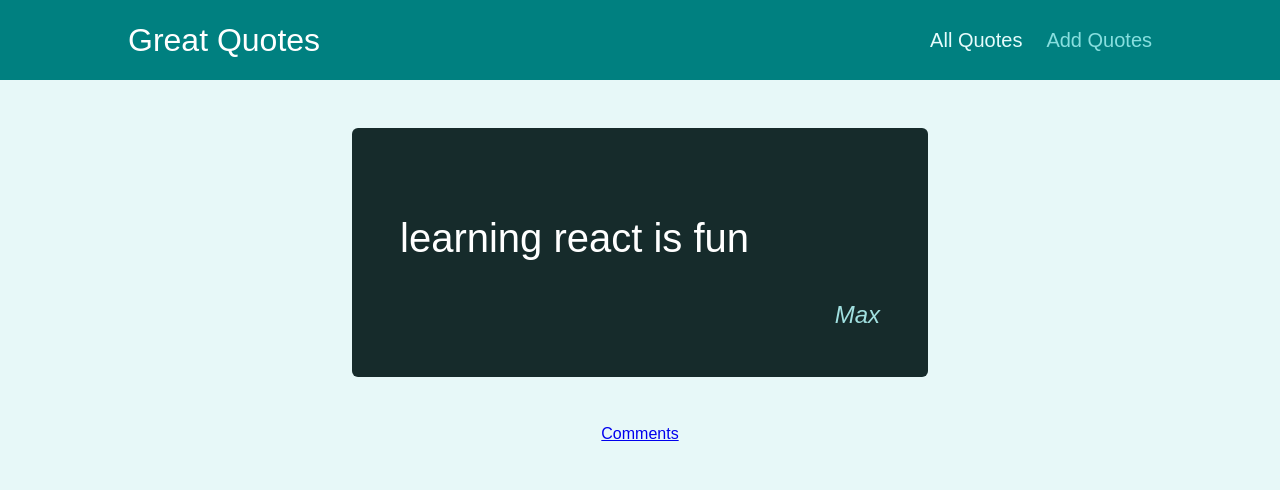
Repository: NamalPathirana/react-router-prac-two-demo
Page: /quotes/q1
These files come from the project's save history. The page is drawn as it stood at one moment and after the next save; the edit follows.
The browser window is 1280 px wide. The pictures show the whole page.
The project was rebuilt for these pictures with package versions that can differ from the ones it lists, and the page was loaded fresh each time. Also part of the build but not shown: src/components/UI/Card.module.css, src/components/UI/Card.js, src/components/UI/LoadingSpinner.module.css, src/components/UI/LoadingSpinner.js, src/components/quotes/QuoteForm.module.css, src/components/quotes/QuoteForm.js, src/components/pages/AddQuotes.js, src/components/pages/NotFound.js and 9 more.

Above is the page before, as saved 2022-04-22 22:16:14.

After the next save:
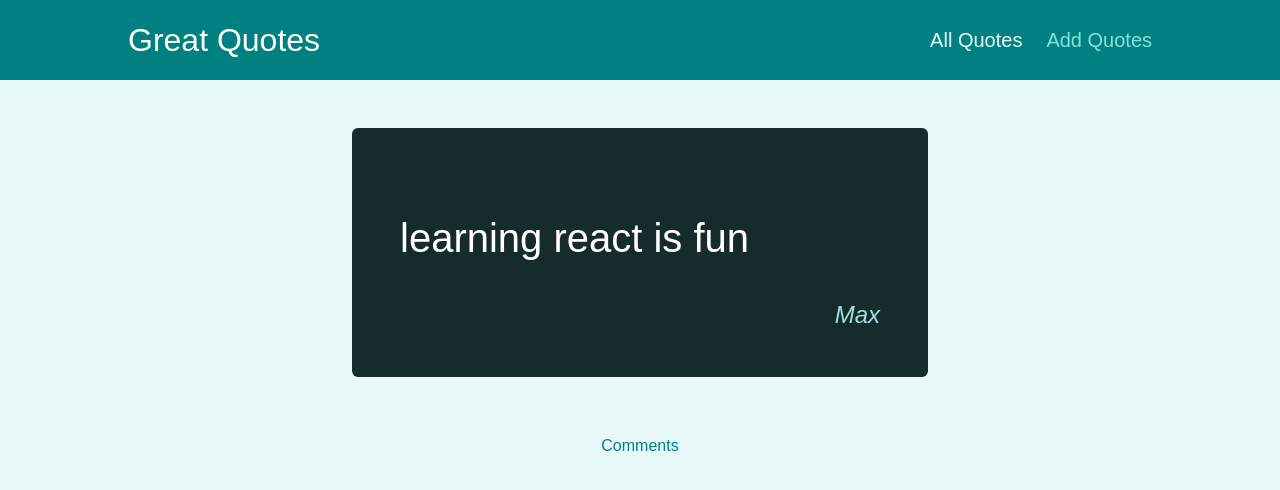
Saved 66 s later.
--- a/src/components/pages/Quote-details.js
+++ b/src/components/pages/Quote-details.js
@@ -23,7 +23,7 @@ const QuotesDetails = () => {
     <Fragment>
       <HighlightedQuote text={quote.text} author={quote.author} />
       <div className="centered">
-        <Link to={`/quotes/${params.quoteID}/comments`}>Comments</Link>
+        <Link className="btn--flat" to={`/quotes/${params.quoteID}/comments`}>Comments</Link>
       </div>
 
       <Route path={`/quotes/${params.quoteID}/comments`}>
